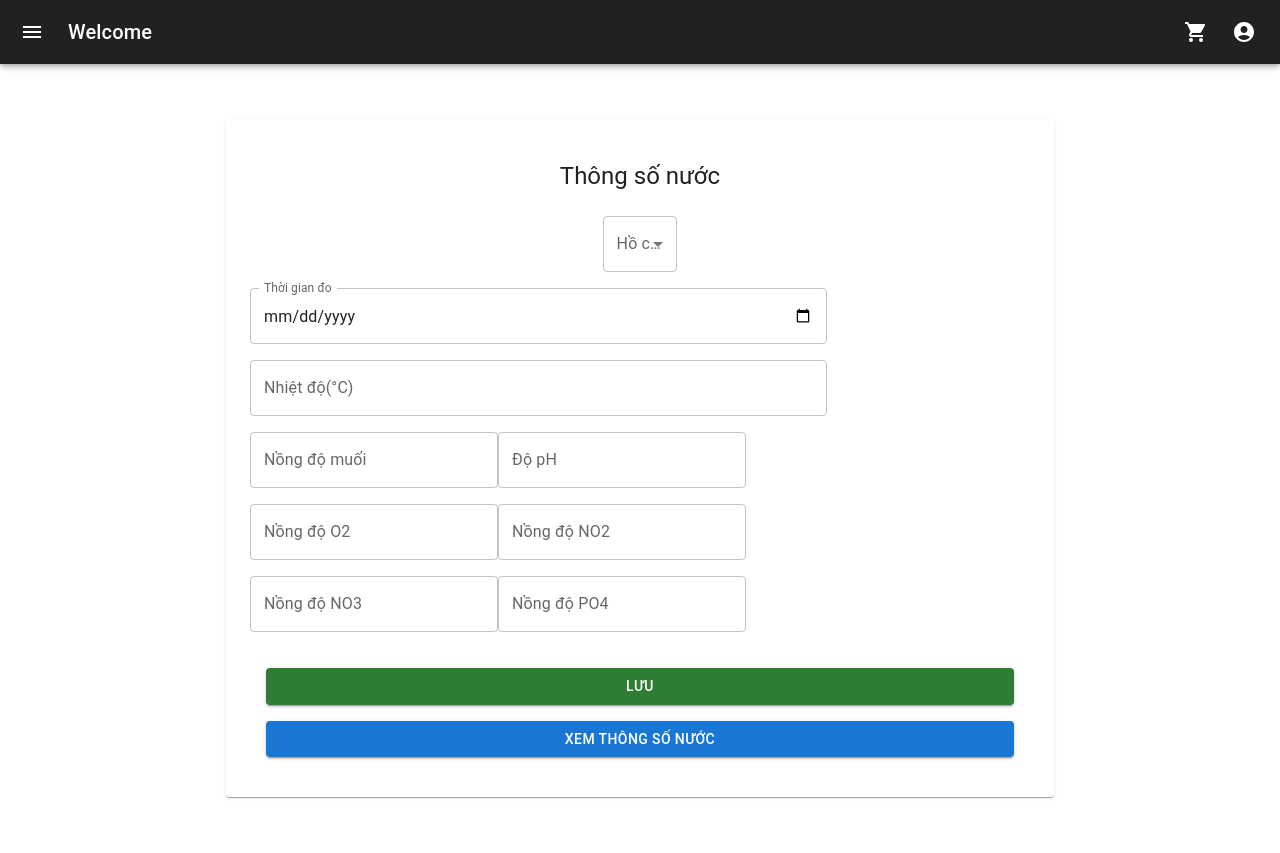
Repository: huynguyenj/KOICARE_FRONTEND
Page: /userhome/param (app in kcs-frontend/)
The author's editor kept a copy of each file at every save. The page is drawn from the files as they stood at one save, then again after a run of saves.
The browser window is 1280 px wide. The pictures show the whole page.
The project was rebuilt for these pictures with package versions that can differ from the ones it lists, and the page was loaded fresh each time. Also part of the build but not shown: kcs-frontend/vite.config.js, kcs-frontend/src/components/Header/Header.css, kcs-frontend/src/components/Header/Header.jsx, kcs-frontend/src/components/Footer/Footer.jsx, kcs-frontend/src/components/Footer/FooterEnd.jsx, kcs-frontend/src/components/Footer/FooterCR.jsx, kcs-frontend/src/components/Footer/Footer1.jsx, kcs-frontend/src/pages/Guest/Home/Home.jsx and 38 more.

Above is the page before, as saved 2024-10-26 14:56:43.

After the next 2 saves:
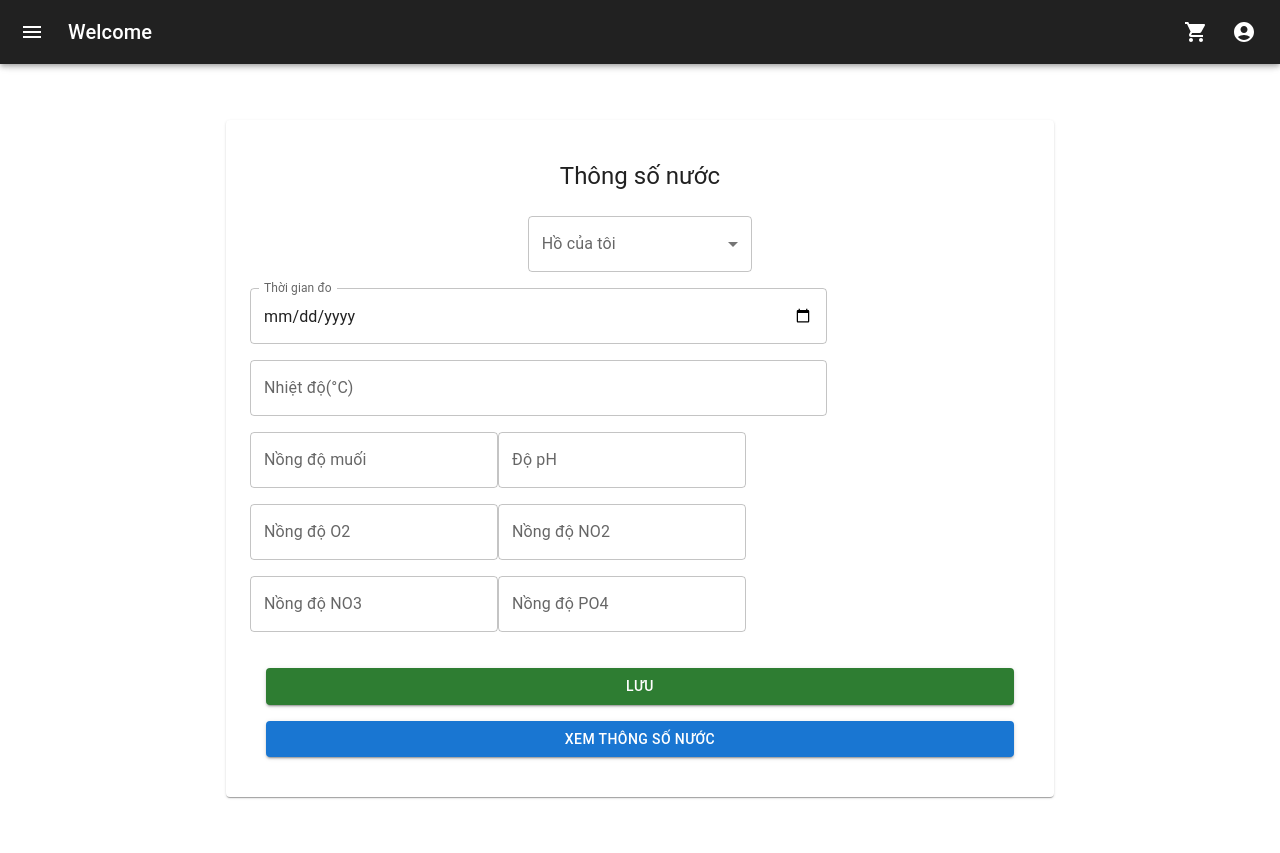
The 2 saves are shown as one change because they came seconds apart.
The last was saved 6 s later.
--- a/kcs-frontend/src/pages/Calculate/WaterParam/AddWaterParam.jsx
+++ b/kcs-frontend/src/pages/Calculate/WaterParam/AddWaterParam.jsx
@@ -91,7 +91,7 @@ function AddWaterParam() {
           <Typography variant="h5" sx={{ mb: 3 }}>
             Thông số nước
           </Typography>
-          <FormControl sx={{width:"10%", mb:4}}>
+          <FormControl sx={{width:"30%", mb:4}}>
         <InputLabel id="demo-simple-select-label">Hồ của tôi</InputLabel>
         <Select
           labelId="demo-simple-select-label"
